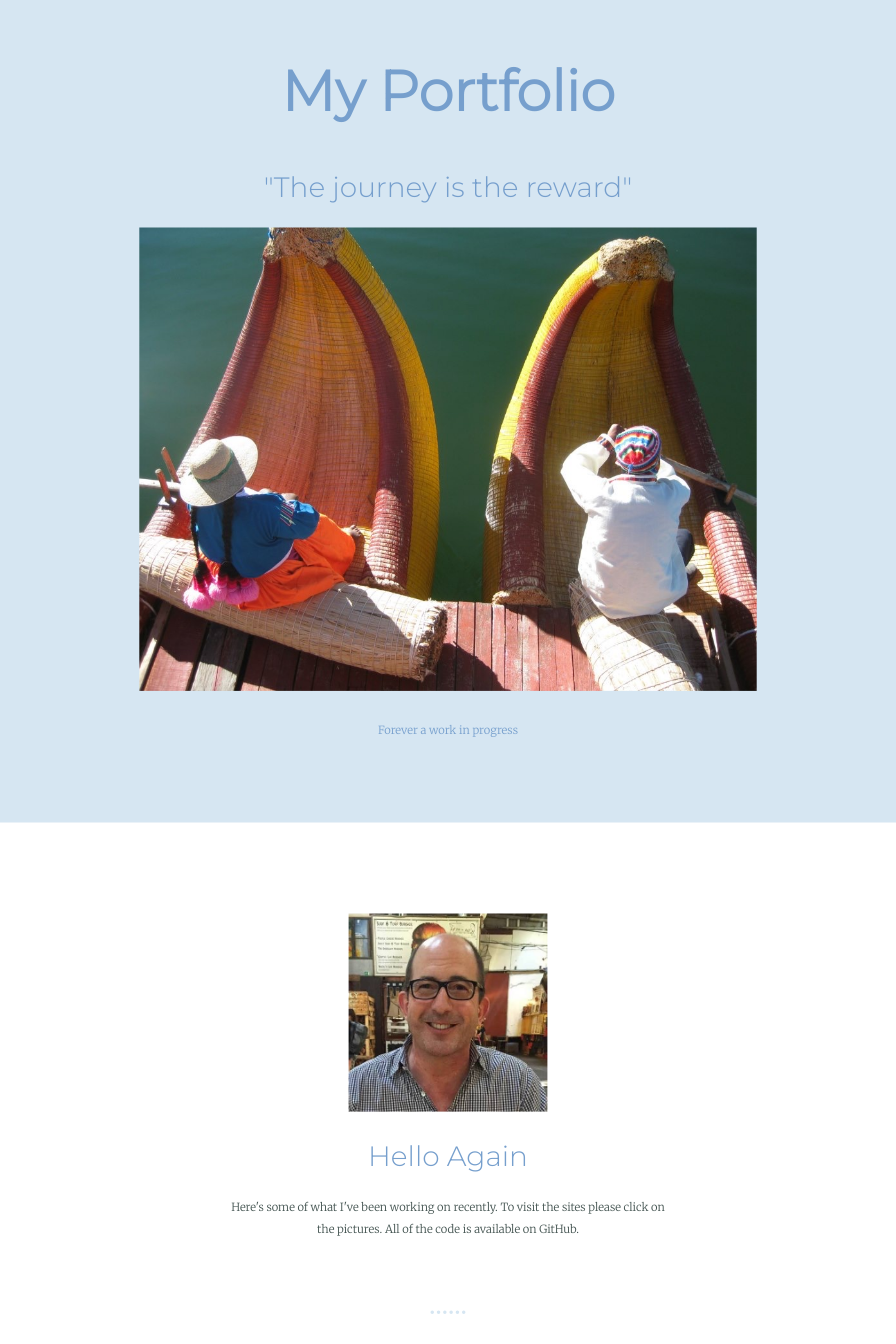
Repository: EpiTao-LLC/Personal_web_page
Page: pages/portfolio.html
These files come from the project's save history. The page is drawn as it stood at one moment and after the next save; the edit follows.
The browser window is 1280 px wide. The pictures show the part of the page from y = 0 to 1920 px (the page is 3305 px tall before and 3365 px after), at 70% of full size.

Above is the page before, as saved 2020-10-12 21:15:55.

After the next save:
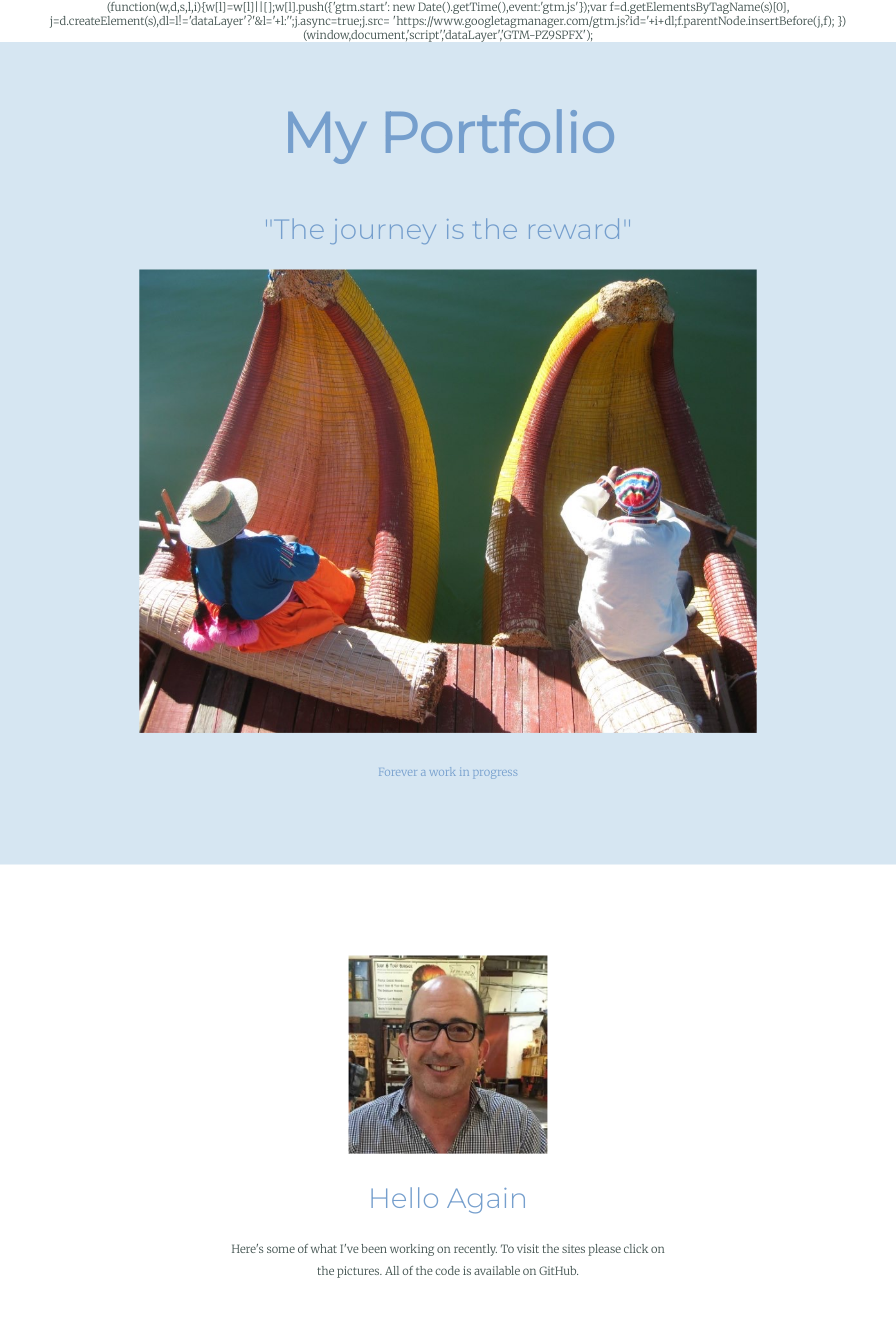
Saved 14 h 46 min later.
--- a/pages/portfolio.html
+++ b/pages/portfolio.html
@@ -1,6 +1,21 @@
 <!DOCTYPE html>
 <html lang="en">
 <head>
+    <!-- Global site tag (gtag.js) - Google Analytics -->
+    <script async src="https://www.googletagmanager.com/gtag/js?id=UA-167786271-2"></script>
+    <script>
+      window.dataLayer = window.dataLayer || [];
+      function gtag(){dataLayer.push(arguments);}
+      gtag('js', new Date());
+      gtag('config', 'UA-167786271-2');
+    </script>
+    <!-- Google Tag Manager -->
+      <sc ript>(function(w,d,s,l,i){w[l]=w[l]||[];w[l].push({'gtm.start':
+      new Date().getTime(),event:'gtm.js'});var f=d.getElementsByTagName(s)[0],
+      j=d.createElement(s),dl=l!='dataLayer'?'&l='+l:'';j.async=true;j.src=
+      'https://www.googletagmanager.com/gtm.js?id='+i+dl;f.parentNode.insertBefore(j,f);
+      })(window,document,'script','dataLayer','GTM-PZ9SPFX');</script>
+  <!-- End Google Tag Manager -->
     <meta charset="UTF-8">
     <meta name="viewport" content="width=device-width, initial-scale=1.0">
     <title>Chris Larson</title>
